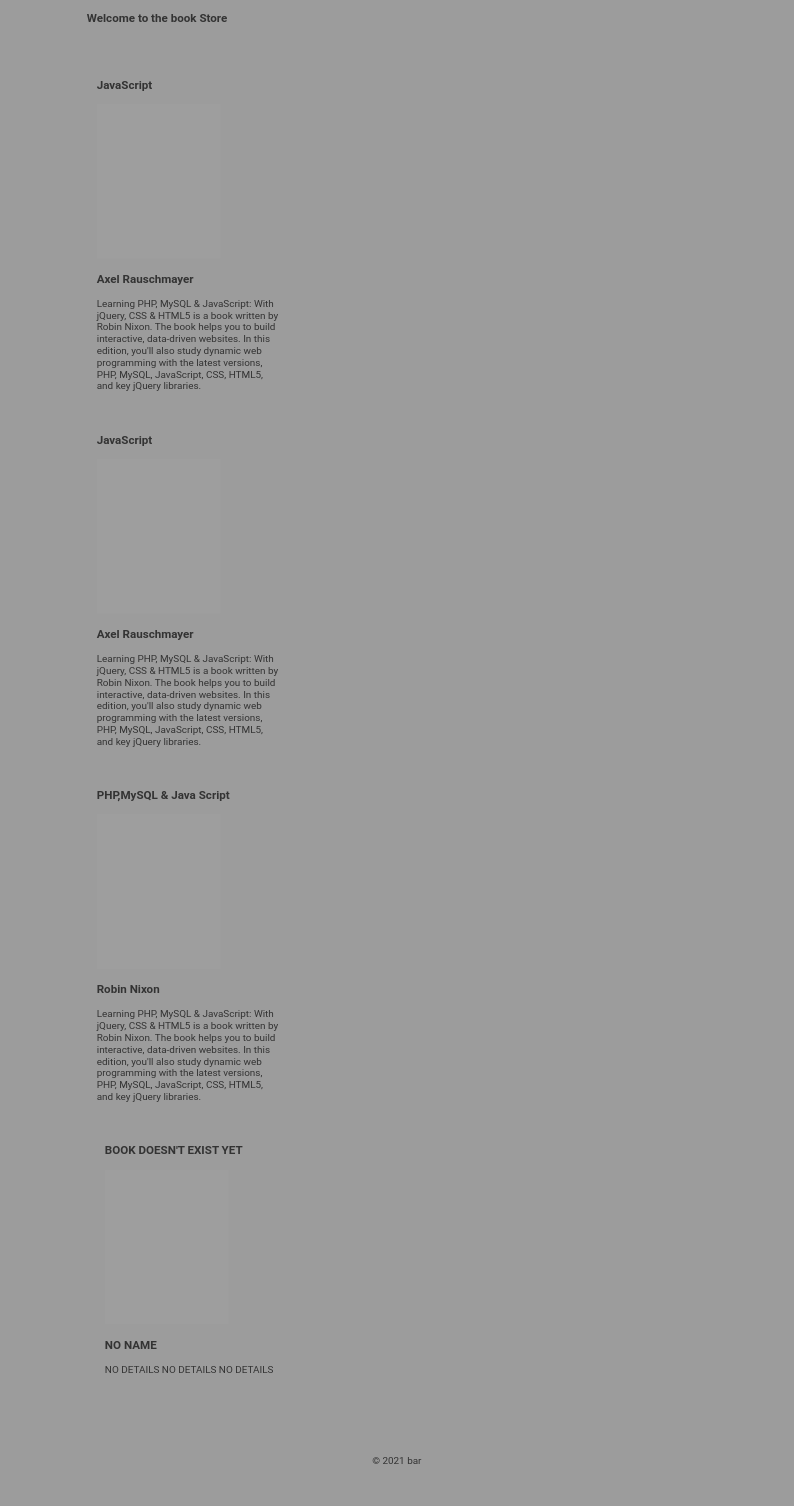
Repository: Axe33ile/React_JS
Page: / (app in book/)
These files come from the project's save history. The page is drawn as it stood at one moment and after the next save; the edit follows.
The browser window is 1280 px wide. The pictures show the whole page, at 62% of full size.
Pictures or frames that could not be fetched are drawn as grey boxes. The project was rebuilt for these pictures with package versions that can differ from the ones it lists, and the page was loaded fresh each time.

Above is the page before, as saved 2021-04-24 00:29:57.

### book/public/index.html
<!DOCTYPE html>
<html lang="en">
  <head>
    <meta charset="utf-8" />
    <link rel="icon" href="%PUBLIC_URL%/favicon.ico" />
    <meta name="viewport" content="width=device-width, initial-scale=1" />
    <meta name="theme-color" content="#000000" />
    <meta
      name="description"
      content="Web site created using create-react-app"
    />
    <link rel="apple-touch-icon" href="%PUBLIC_URL%/logo192.png" />
    <!--
      manifest.json provides metadata used when your web app is installed on a
      user's mobile device or desktop. See https://developers.google.com/web/fundamentals/web-app-manifest/
    -->
    <link rel="manifest" href="%PUBLIC_URL%/manifest.json" />
    <!--
      Notice the use of %PUBLIC_URL% in the tags above.
      It will be replaced with the URL of the `public` folder during the build.
      Only files inside the `public` folder can be referenced from the HTML.

      Unlike "/favicon.ico" or "favicon.ico", "%PUBLIC_URL%/favicon.ico" will
      work correctly both with client-side routing and a non-root public URL.
      Learn how to configure a non-root public URL by running `npm run build`.
    -->
    <title>book store</title>
  </head>
  <body>
    <noscript>You need to enable JavaScript to run this app.</noscript>
    <div id="root"></div>
    <!--
      This HTML file is a template.
      If you open it directly in the browser, you will see an empty page.

      You can add webfonts, meta tags, or analytics to this file.
      The build step will place the bundled scripts into the <body> tag.

      To begin the development, run `npm start` or `yarn start`.
      To create a production bundle, use `npm run build` or `yarn build`.
    -->
  </body>
</html>

### book/src/index.js
/****************************
 ** IMPORT LIBRARIES
 ****************************/

import React from "react";
import ReactDOM from "react-dom";

//import our css
import "./index.css";

//import components
import App from "./components/App/App";

/*********************
 * * SHOW COMPONENTS
 ********************/

ReactDOM.render(<App />, document.getElementById("root"));

### book/src/index.css
* {
  box-sizing: border-box;
}

/* postcss-normalize is installed on project creation */
/* see https://create-react-app.dev/docs/adding-css-reset/ */
@import-normalize; /* bring in normalize.css styles */
/* @import 'normalize.css'; */

body {
  margin: 0;
  font-family: "Roboto", sans-serif;
  -webkit-font-smoothing: antialiased;
  -moz-osx-font-smoothing: grayscale;
  background: rgba(87, 87, 87, 0.589);
  color: #333;
}

/****************************************
 * * APP
 *****************************************/

.app {
  min-height: 100vh;
  display: flex;
  flex-direction: column;
  width: min(80%, 1000px);
  margin: 0 auto;
}

.main-heading {
  text-align: center;
}

footer {
  padding: 4em;
  text-align: center;
}

.main {
  flex: 1;
}

.main > p {
  margin-bottom: 2rem;
  text-align: center;
}

.books {
  display: flex;
  flex-wrap: wrap;
  justify-content: center;
  padding: 2rem 0;
  width:330px;
}

.book {
  margin: 1rem;
}

.photo {
      height: 250px;
      width: 200px;
 }

### book/src/components/App/App.js
/*****************************************
 * * IMPORT LIBRARIES
 *****************************************/

//react libraries
import React from "react";

//import components
import Header from "../header/Header";
import Main from "../main/Main";
import Footer from "../footer/Footer";

/*****************************************
 * * COMPONENT
 *****************************************/

const App = () => {
  let date = new Date();
  let name = "bar";
  return (
    <div className="app">
      <Header />
      <Main />
      <Footer year={date.getFullYear()} name={name} />
    </div>
  );
};

export default App;

### book/src/components/header/Header.js
/*****************************************
 * * IMPORT LIBRARIES
 *****************************************/

//react library
import React from "react";

/*****************************************
 * * COMPONENT
 *****************************************/

const Header = () => {
  return (
    <div className="main-heading">

    </div>
  );
};

export default Header;

### book/src/components/main/Main.js
/**************************
 * *IMPORT Libraries
 *************************/

import React from "react";

import Book from "../book/Book";

/*************************
 * *IMPORT COMPONENTS
 *************************/

const Main = () => {
  return (
    <article className="main">
      <h3>Welcome to the book Store</h3>
      <div className="books">
        <Book
          details={{
            bookTitle: "JavaScript",
            imgSrc: "https://2ality.com/2018/08/impatient-js/cover-epub.jpg",
            alt: "book",
            bookAuthor: "Axel Rauschmayer",
            bookDetails:
              "Learning PHP, MySQL & JavaScript: With jQuery, CSS & HTML5 is a book written by Robin Nixon. The book helps you to build interactive, data-driven websites. In this edition, you'll also study dynamic web programming with the latest versions, PHP, MySQL, JavaScript, CSS, HTML5, and key jQuery libraries.",
          }}
        />

        <Book
          details={{
            bookTitle: "JavaScript",
            imgSrc: "https://2ality.com/2018/08/impatient-js/cover-epub.jpg",
            alt: "book",
            bookAuthor: "Axel Rauschmayer",
            bookDetails:
              "Learning PHP, MySQL & JavaScript: With jQuery, CSS & HTML5 is a book written by Robin Nixon. The book helps you to build interactive, data-driven websites. In this edition, you'll also study dynamic web programming with the latest versions, PHP, MySQL, JavaScript, CSS, HTML5, and key jQuery libraries.",
          }}
        />

        <Book
          details={{
            bookTitle: "PHP,MySQL & Java Script",
            imgSrc:
              "https://www.guru99.com/images/2/060520_1101_16BESTPHPBo7.jpg",
            alt: "book",
            bookAuthor: "Robin Nixon",
            bookDetails:
              "Learning PHP, MySQL & JavaScript: With jQuery, CSS & HTML5 is a book written by Robin Nixon. The book helps you to build interactive, data-driven websites. In this edition, you'll also study dynamic web programming with the latest versions, PHP, MySQL, JavaScript, CSS, HTML5, and key jQuery libraries.",
          }}
        />

        <Book />
      </div>
    </article>
  );
};

export default Main;

### book/src/components/footer/Footer.js
/*********************
 * Import libraries
 ********************/

import React from "react";

/****************
 * *das
 ****************/

const Footer = (props) => {
  return (
    <footer className="footer">
      &copy; {props.year} {props.name}
    </footer>
  );
};

export default Footer;

### book/src/components/book/Book.js
/*********************
 * import libraries
 **********************/

import React from "react";

/*********************
 * *Components
 *********************/

let Book = (props) => {
  const details = props.details;
  return (
    <div className="book">
      <h3>{details.bookTitle}</h3>
      <img className="photo" src={details.imgSrc} alt={props.details.alt} />
      <h3>{details.bookAuthor}</h3>
      <p>{details.bookDetails}</p>
      <p style={{ display: details.email ? "block" : "none" }}>
        Email: {details.email}
      </p>
    </div>
  );
};

// in case some field is not sent to props,
// it will take the value from defaultProps
Book.defaultProps = {
  details: {
    bookTitle: "BOOK DOESN'T EXIST YET",
    imgSrc:
      "https://thebookwithnopictures.com/wp-content/uploads/2014/08/BookWithNoPictures_3D-300x423.png",
    alt: "book",
    bookAuthor: "NO NAME",
    bookDetails: "NO DETAILS  NO DETAILS  NO DETAILS",
  },
};

export default Book;

After the next save:
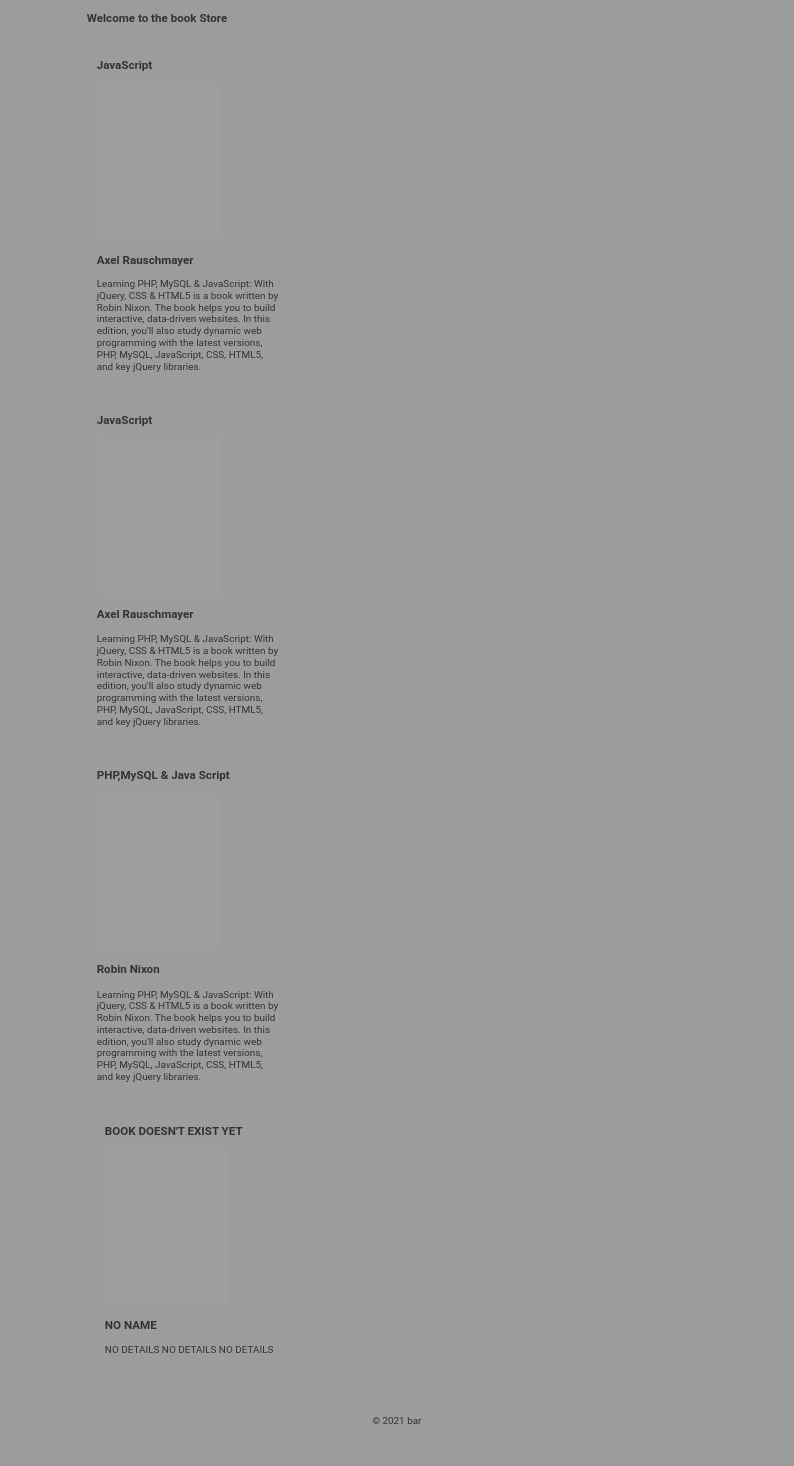
Saved 4 s later.
--- a/book/src/index.css
+++ b/book/src/index.css
@@ -50,7 +50,6 @@ footer {
   display: flex;
   flex-wrap: wrap;
   justify-content: center;
-  padding: 2rem 0;
   width:330px;
 }
 
